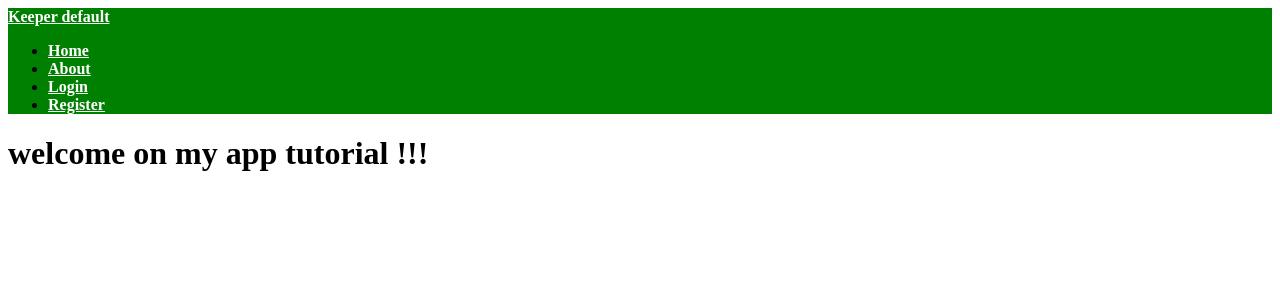
Repository: 3bdulrahman/contact-keeper
Page: / (app in client/)
An editor plug-in stored every save of this project. The page is shown before and after the next save, followed by the edit.
The browser window is 1280 px wide. The pictures show the whole page.
The project was rebuilt for these pictures with package versions that can differ from the ones it lists, and the page was loaded fresh each time.

Above is the page before, as saved 2020-03-29 21:18:54.

After the next save:
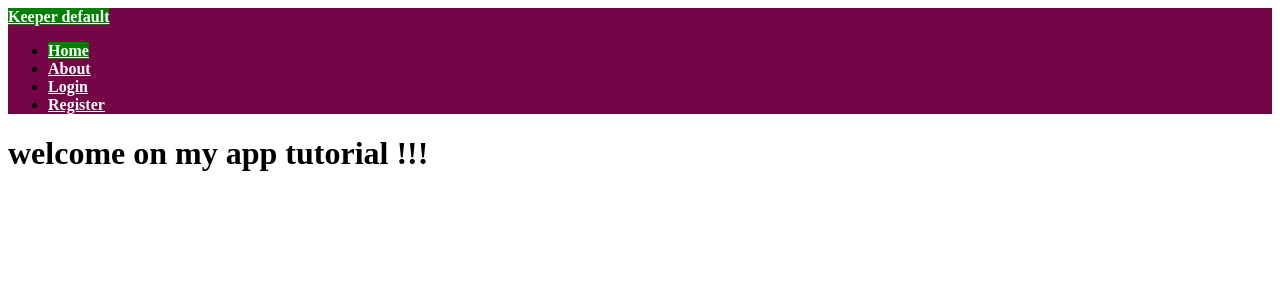
Saved 38 s later.
--- a/client/src/App.css
+++ b/client/src/App.css
@@ -1,5 +1,5 @@
 .navbar-default{
-     background-color:green;
+     background-color:rgb(116, 4, 69);
      border:0px;
 }
 .navbar-default .navbar-nav>.active>a, .navbar-default .navbar-nav>.active>a:focus, .navbar-default .navbar-nav>.active>a:hover{
@@ -9,7 +9,7 @@
 .navbar-nav>.active>a{
      color:#fff;
      font-weight: bold;
-     background-color: green;
+     background-color:rgb(116, 4, 69);
 }
 
 .navbar-default .navbar-nav>li>a{
